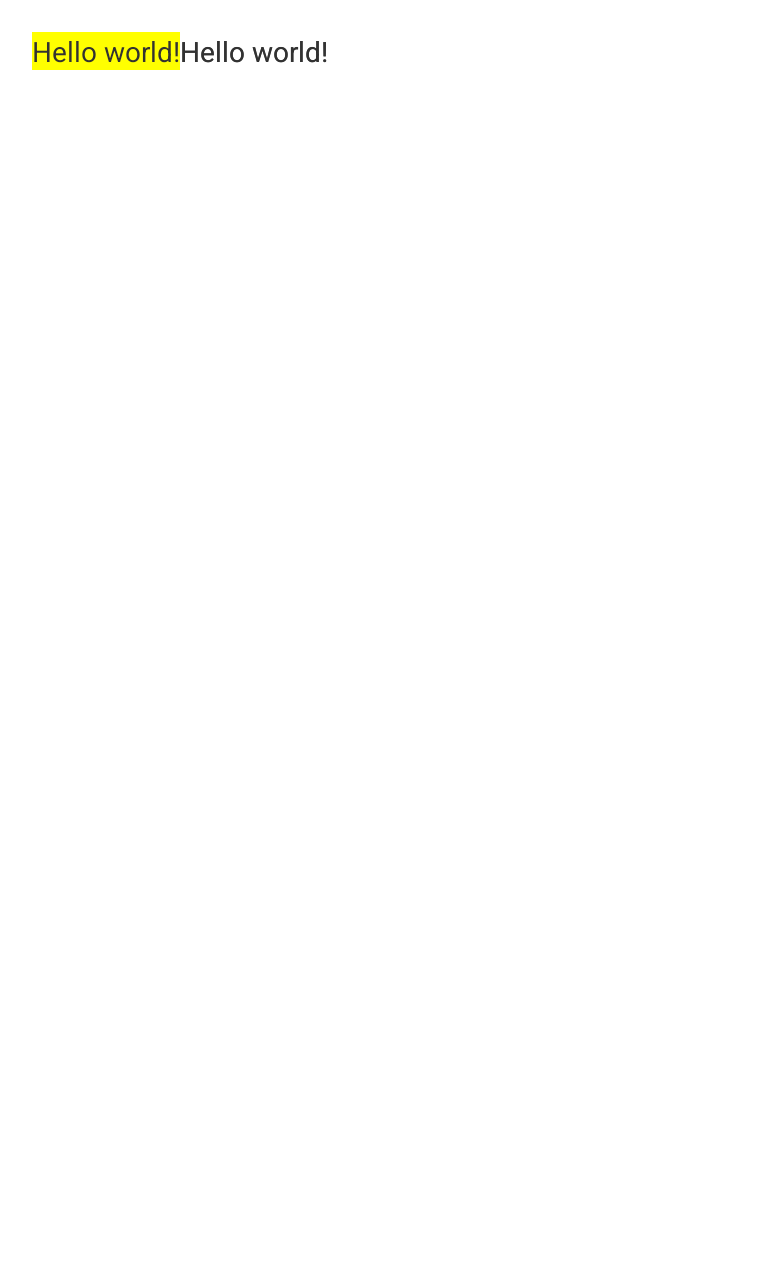
Repository: ling-cen/demo
Layout: RelativeLayout/res/layout/activity_main.xml
The author's editor kept a copy of each file at every save. The layout is drawn from the files as they stood at one save, then again after the next save.
It is drawn on a 768 x 1280 px phone screen (xhdpi) without system bars, with theme AppTheme; the app's code is not run.

Above is the layout before, as saved 2018-12-15 09:00:52.

### RelativeLayout/res/layout/activity_main.xml
<RelativeLayout xmlns:android="http://schemas.android.com/apk/res/android"
    xmlns:tools="http://schemas.android.com/tools"
    android:layout_width="match_parent"
    android:layout_height="match_parent"
    android:paddingBottom="@dimen/activity_vertical_margin"
    android:paddingLeft="@dimen/activity_horizontal_margin"
    android:paddingRight="@dimen/activity_horizontal_margin"
    android:paddingTop="@dimen/activity_vertical_margin"
    tools:context="com.imooc.relativelayout.MainActivity" >

    <TextView
         android:id="@+id/view_1"
        android:layout_width="wrap_content"
        android:layout_height="wrap_content"
        android:background="#ffff00"
        android:text="@string/hello_world" />

     <TextView
         android:id="@+id/view_2"
         android:layout_width="wrap_content"
         android:layout_height="wrap_content"
         android:layout_toRightOf="@id/view_1"
         android:text="@string/hello_world_1" />
      <TextView
         android:id="@+id/view_3"
         android:layout_width="wrap_content"
         android:layout_height="wrap_content"
         android:layout_toRightOf="@id/view_1"
         android:text="@string/hello_world_1" />

</RelativeLayout>

### RelativeLayout/res/values/strings.xml
<?xml version="1.0" encoding="utf-8"?>
<resources>

    <string name="app_name">RelativeLayout</string>
    <string name="hello_world">Hello world!</string>
    <string name="action_settings">Settings</string>
     <string name="hello_world_1">Hello world!</string>

</resources>

Loaded but not shown: RelativeLayout/res/values/styles.xml (common file); RelativeLayout/res/values-v11/styles.xml (common file); RelativeLayout/res/values-v14/styles.xml (common file); RelativeLayout/res/values/dimens.xml (common file); RelativeLayout/res/values-w820dp/dimens.xml (common file)

After the next save:
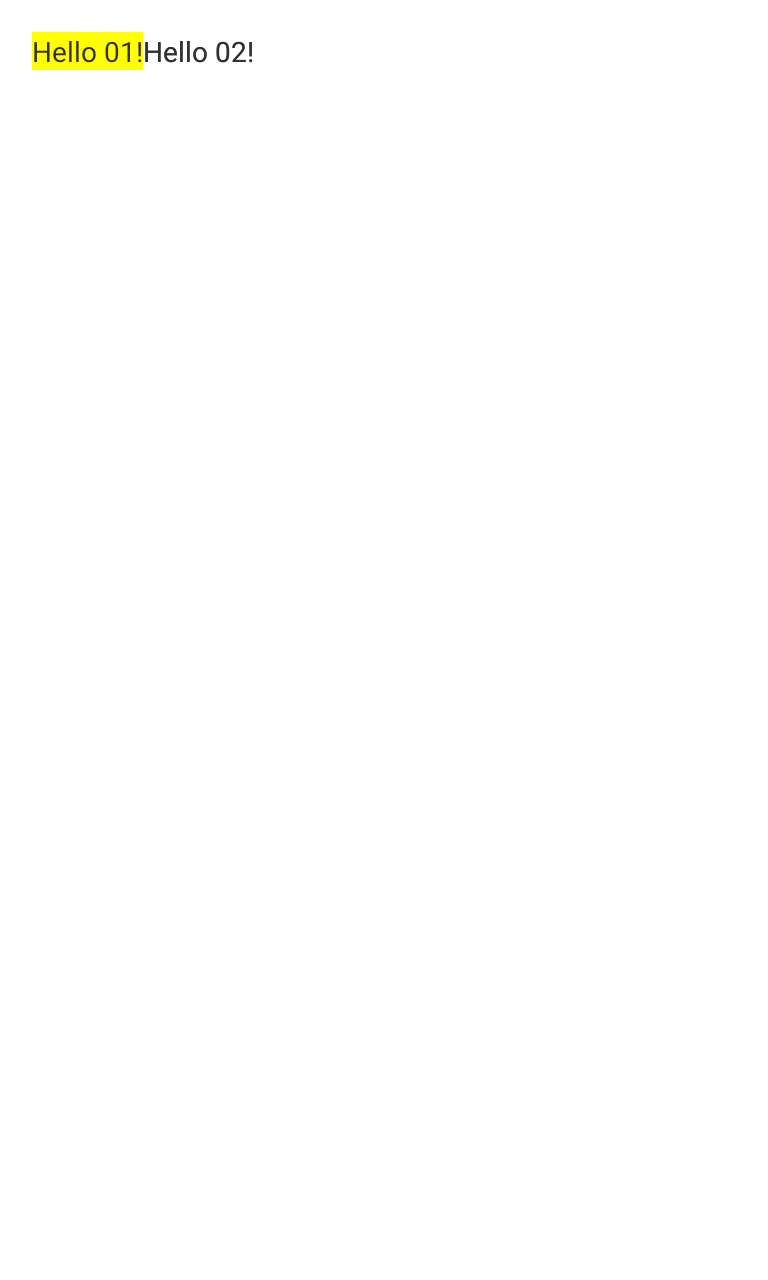
Saved 28 s later.
--- a/RelativeLayout/res/values/strings.xml
+++ b/RelativeLayout/res/values/strings.xml
@@ -2,8 +2,9 @@
 <resources>
 
     <string name="app_name">RelativeLayout</string>
-    <string name="hello_world">Hello world!</string>
+    <string name="hello_world">Hello 01!</string>
     <string name="action_settings">Settings</string>
-     <string name="hello_world_1">Hello world!</string>
+     <string name="hello_world_1">Hello 02!</string>
+      <string name="hello_world_3"> 03</string>
 
 </resources>
